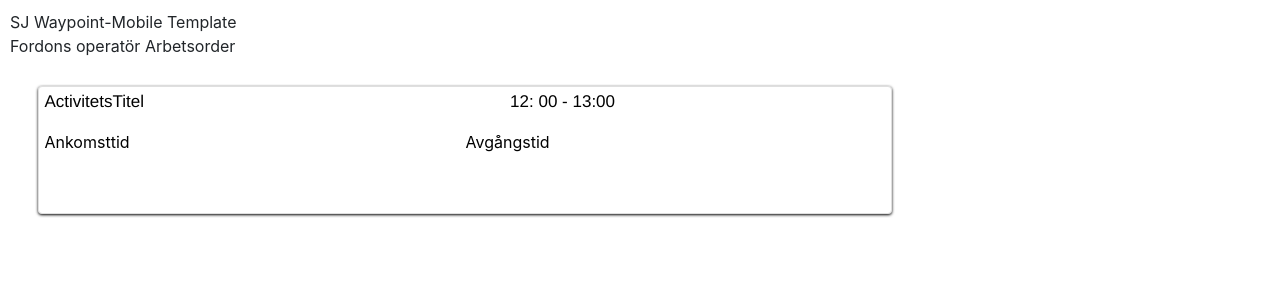
Repository: AdrianaLarsson/yarn-next-typescript
Page: /
The author's editor kept a copy of each file at every save. The page is drawn from the files as they stood at one save, then again after a run of saves.
The browser window is 1280 px wide. The pictures show the whole page.
The project was rebuilt for these pictures with package versions that can differ from the ones it lists, and the page was loaded fresh each time. The framework's server and built-in components were replaced by stand-ins that run in the browser.

Above is the page before, as saved 2021-03-01 08:07:56.

### pages/_app.tsx
// Functionality
import type { AppProps } from 'next/app';
import Head from 'next/head';

// Styling
import 'bootstrap/dist/css/bootstrap.min.css';
import GlobalStyle from '../styles/Globals';
import { sjTheme } from '../styles/Theme';
import { ThemeProvider } from 'styled-components';

// Utils
import GlobalContext from '../components/particles/GlobalContext';

function MyApp({ Component, pageProps }: AppProps): JSX.Element {
  return (
    <>
      <Head>
        <title>SJ Template uhdiuasuasuash</title>
        <meta
          name="viewport"
          content="initial-scale=1.0, width=device-width"
          key="viewport"
        />
        <link rel="favicon" href="/favicon.ico" />
      </Head>
      <GlobalStyle />
      <ThemeProvider theme={sjTheme}>
        <GlobalContext.Provider value={'Context test value'}>
          <Component {...pageProps} />
        </GlobalContext.Provider>
      </ThemeProvider>
    </>
  );
}

export default MyApp;

### pages/index.tsx
// Functionality
import { GetServerSideProps, GetServerSidePropsContext } from 'next';
import VehicleOpreator from '../components/WorkOrderVehicleOperator/vehicleopreator';
import GlobalStyle from '../styles/Globals'
interface serverSideProps {
  dummyPropsValue: string;
}

const Index = (props: serverSideProps): JSX.Element => {
  return (
    <div>
      <main>
        <div>SJ Waypoint-Mobile Template</div>
        <VehicleOpreator/>
        <div>
        </div>
      </main>
    </div>
  );
};

export const getServerSideProps: GetServerSideProps = async (
  context: GetServerSidePropsContext
) => {
  return {
    props: {
      dummyPropsValue: context.resolvedUrl
    }
  };
};

export default Index;

### styles/Globals.ts
import { createGlobalStyle } from 'styled-components';

export default createGlobalStyle`
    body,
    container {
      padding: 10px;
      display: center;
      flex-direction: column;
      align-items: center;
    },
    html {
        padding: 0;
        margin: 0;
        font-family: "-apple-system", "BlinkMacSystemFont", "Segoe UI", "Roboto",
            "Oxygen", "Ubuntu", "Cantarell", "Fira Sans", "Droid Sans", "Helvetica Neue",
            "sans-serif";
        height: 1px;
        margin: auto;
    }
    a {
        color: inherit;
        text-decoration: none;
    }
    * {
        -webkit-box-sizing: border-box;
        box-sizing: border-box;
    }
`;

### styles/Theme.ts
import { DefaultTheme } from 'styled-components';

const sjTheme: DefaultTheme = {
  colors: {
    main: 'black',
    secondary: 'gray'
  }
};

export { sjTheme };

### components/particles/GlobalContext.tsx
import { createContext } from 'react';

const GlobalContext = createContext(null);

export default GlobalContext;

### components/WorkOrderVehicleOperator/vehicleopreator.tsx
import React from "react";
import styled from "styled-components";
import { B4,H2 } from "../../styles/Typography/texStyles";
import StyledCard from "../organisms/Card/Card";

export const GridTitle = styled.div`
  display: grid;
  grid-template-columns: repeat(2, 1fr);
  grid-gap: 90px;

`;
export const GridBody = styled.div`
  display: grid;
  grid-template-columns: repeat(2, 1fr);
  grid-template-rows: 30px 5px;
  grid-gap: 1px;
`;

function vehicleOpreator() {
  return (
    <div>
      Fordons operatör Arbetsorder
      <StyledCard>
        <GridTitle>
          <B4>ActivitetsTitel</B4>
          <B4 style={{ fontSize: "17px" }}>12: 00 - 13:00</B4>
        </GridTitle>

       {  <GridBody>
        <H2>Ankomsttid</H2>
        <H2>Avgångstid</H2>
        </GridBody> }
      </StyledCard>


    </div>
  );
}

export default vehicleOpreator;

### styles/Typography/texStyles.tsx
import styled,{ css} from 'styled-components'

const baseStyle = css`
  font-family: sj_sans, Helvetica, Arial, sans-serif;
  font-style: normal;
  font-stretch: normal;
  line-height: normal;
  letter-spacing: normal;
  font-weight: normal;
  text-align: left;
  opacity: ${props => (1)};
`;

 export const B4 = styled.h4`
  ${baseStyle}
  color: black;
  font-size: 17px;
`;
export const H2 = styled.span`
  color: black;
  margin-top: 10px;
  font-size: 16px;
`;

### components/organisms/Card/Card.tsx
//Components
import Card from 'react-bootstrap/Card';
//Packages
import styled from 'styled-components/'
import px2vw from '../../../styles/px2vw';

const StyledCard = styled(Card)`
display: flex;
width: ${px2vw(280, 315)};
height: 8em;
margin: ${px2vw(32)};
padding-left: 5px;
padding: 5px;
background-color: rgba(0,0,0,0.0);
box-shadow: 0 1px 3px 0 rgba(0,0,0, 1.5);
border-radius: 4px;
@media (min-width: 1024px) {
    width: ${px2vw(100, 150)};
  }
`;
export default StyledCard;

Loaded but not shown: styles/px2vw.tsx (common file)

After the next 2 saves:
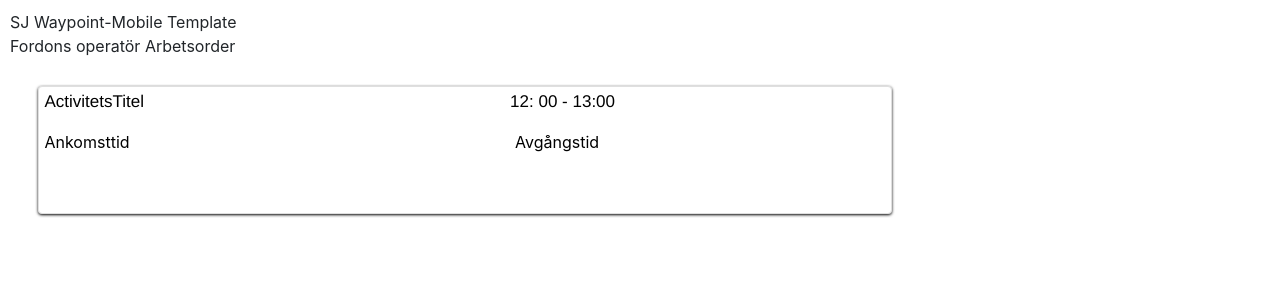
The 2 saves are shown as one change because they came seconds apart.
The last was saved 9 s later.
--- a/components/WorkOrderVehicleOperator/vehicleopreator.tsx
+++ b/components/WorkOrderVehicleOperator/vehicleopreator.tsx
@@ -13,7 +13,7 @@ export const GridBody = styled.div`
   display: grid;
   grid-template-columns: repeat(2, 1fr);
   grid-template-rows: 30px 5px;
-  grid-gap: 1px;
+  grid-gap: 100px;
 `;
 
 function vehicleOpreator() {
